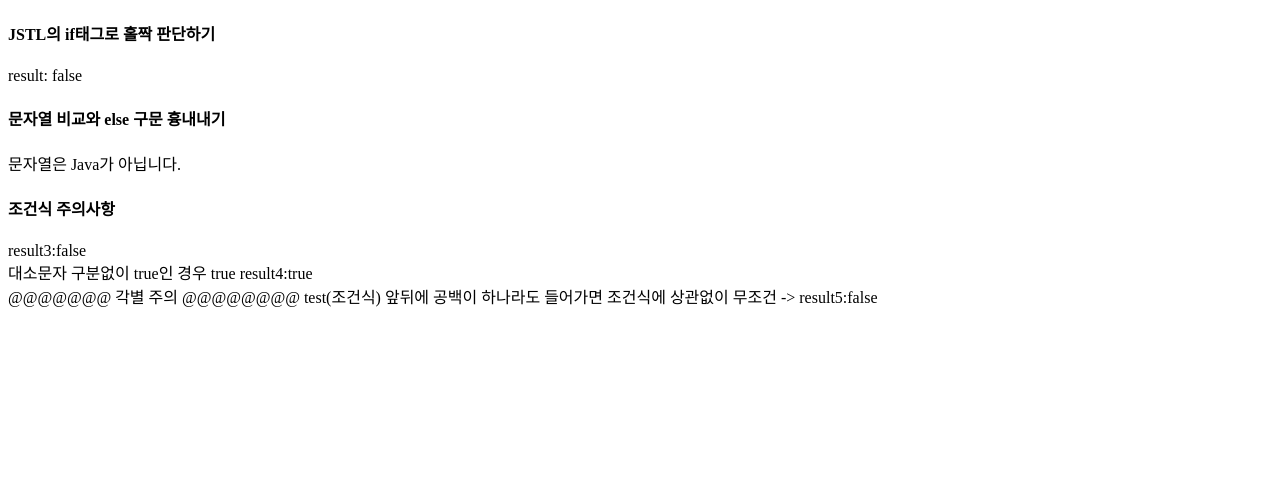
Repository: ssing365/JSPStudy
Page: http://localhost/JSPServlet/11JSTL/core/if.jsp
These files come from the project's save history. The page is drawn as it stood at one moment and after the next save; the edit follows.
The browser window is 1280 px wide. The pictures show the whole page.
The page is served by Tomcat 10. Other server files are loaded and not shown.

Above is the page before, as saved 2024-11-06 06:34:55.

### JSPServlet/src/main/webapp/11JSTL/core/if.jsp
<%@ page language="java" contentType="text/html; charset=UTF-8"
	pageEncoding="UTF-8"%>
<%@ taglib prefix="c" uri="jakarta.tags.core"%>
<!DOCTYPE html>
<html>
<head>
<meta charset="UTF-8">
<title>JSTL - if</title>
</head>
<body>
<!-- if 태그 : 조건을 확인해 실행여부 판단
속성
	test : EL을 이용해 조건식을 삽입한다.
	var : test속성에서 판단한 결과값을 저장한다.
-->
	<!-- 변수선언 -->
	<c:set var="number" value="101"></c:set>
	<c:set var="string" value="JSP"></c:set>

	<h4>JSTL의 if태그로 홀짝 판단하기</h4>
	<c:if test="${number mod 2 eq 0 }" var="result">
		${number} 는 짝수입니다.<br />
	</c:if>
	result: ${result }
	<br />

	<!--
	JSTL의 if태그는 else구문이 별도로 없으므로 if문과 반대의 조건을 만들어
	2개의 if태그를 사용해야한다. -->
	<h4>문자열 비교와 else 구문 흉내내기</h4>
	<c:if test="${string eq 'Java' }" var="result2"> 문자열은 Java입니다.</c:if>
	<c:if test="${not result2 }">
	문자열은 Java가 아닙니다. <br />
	</c:if>

	<h4>조건식 주의사항</h4>
	<c:if test="100" var="result3">EL이 아닌 정수를 지정하면 false</c:if>
	result3:${result3}
	<br />
	<c:if test="tRuE" var="result4">대소문자 구분없이 true인 경우 true</c:if>
	result4:${result4}
	<br />
	@@@@@@@ 각별 주의 @@@@@@@@
	test(조건식) 앞뒤에 공백이 하나라도 들어가면 조건식에 상관없이 무조건 ->
	<c:if test="${true} " var="result5">EL 양쪽에 공백 있는 경우 false</c:if>
	result5:${result5}
	<br />

</body>
</html>

After the next save:
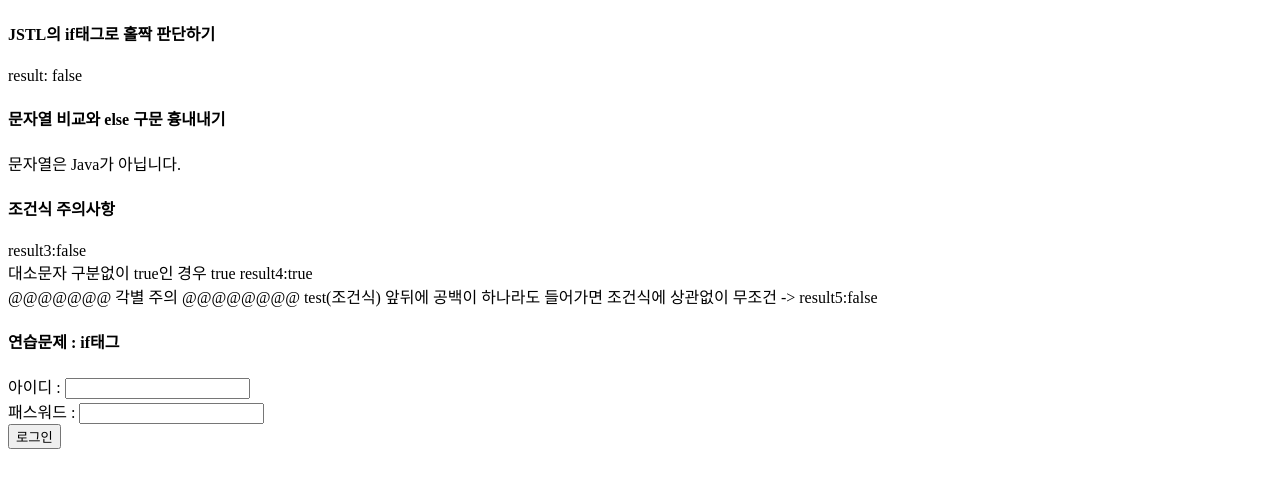
Saved 3 min 1 s later.
--- a/JSPServlet/src/main/webapp/11JSTL/core/if.jsp
+++ b/JSPServlet/src/main/webapp/11JSTL/core/if.jsp
@@ -46,5 +46,20 @@
 	result5:${result5}
 	<br />
 
+	    <h4>연습문제 : if태그</h4>
+    <!--
+    아이디, 패스워드를 입력후 submit버튼을 누르면 EL식을 통해 파라미터를
+    받은 후 kosmo/1234 인 경우에는 'tjoeun님, 하이룽~'이라고 출력한다.
+    만약 틀렸다면 "아이디/비번을 확인하세요"라고 출력한다.
+    EL과 JSTL의 if태그만을 이용해서 구현하시오.
+    -->
+    <form method="get">
+		아이디 : <input type="text" name="user" />
+		<br />
+		패스워드 : <input type="text" name="pass" />
+		<br />
+		<input type="submit" value="로그인" />
+	</form>
+
 </body>
 </html>
